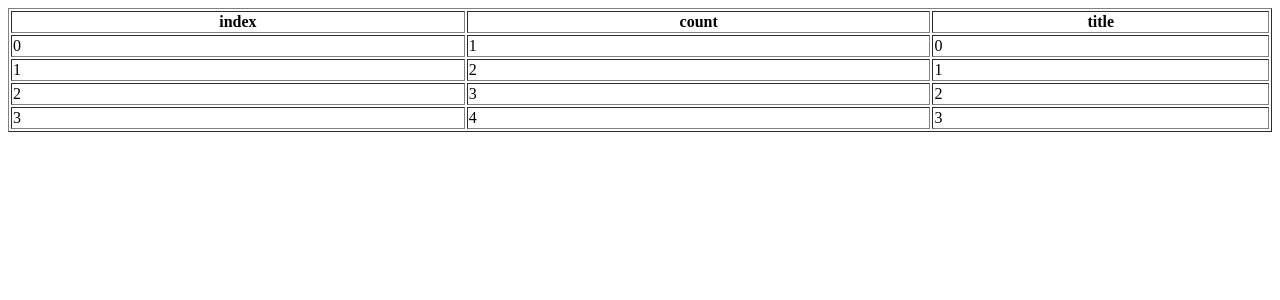
Repository: itrecipe/Web_ez
Page: http://localhost/jspCh07/15_movieList.jsp
An editor plug-in stored every save of this project. The page is shown before and after a run of saves, followed by the edit.
The browser window is 1280 px wide. The pictures show the whole page.
The page is served by Tomcat 9. Other server files are loaded and not shown.

Above is the page before, as saved 2023-04-04 02:48:40.

### jspCh07/src/main/webapp/15_movieList.jsp
<%@ page language="java" contentType="text/html; charset=UTF-8"
    pageEncoding="UTF-8"%>
<%@ taglib uri="http://java.sun.com/jsp/jstl/core" prefix="c"%>
<!DOCTYPE html>
<html lang="ko">
<head>
<meta charset="UTF-8">
<title>15_movieList.jsp</title>
</head>
<body>

<%
String[] movieList = {"타이타닉", "시네마 한국", "혹성 탈출", "킹콩"};
pageContext.setAttribute("movieList", movieList);
%>
<table border="1" style="width: 100%"; text-align: center;>
	<tr>
		<th>index</th>
		<th>count</th>
		<th>title</th>
	</tr>
	<c:forEach var="movie" items="${movieList}" varStatus="status">
		<tr>
			<td>${status.index}</td>
			<td>${status.count}</td>
			<td>${status.index}</td>

	</c:forEach>
</table>
</body>
</html>

After the next 2 saves:
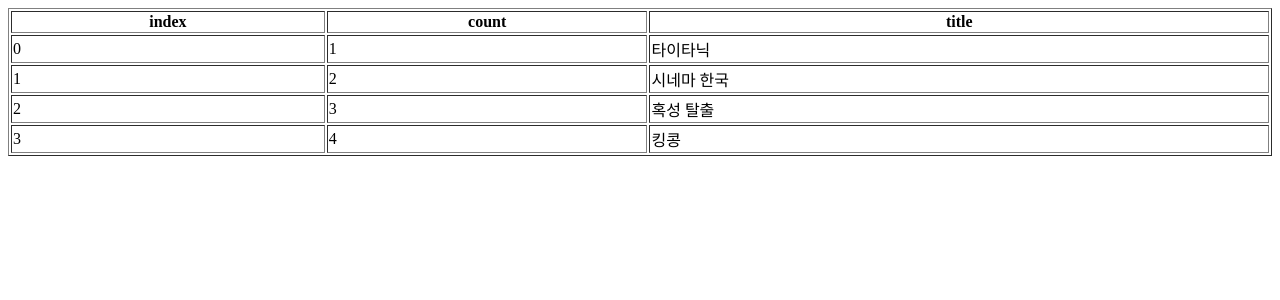
The 2 saves are shown as one change because they came seconds apart.
The last was saved 8 s later.
--- a/jspCh07/src/main/webapp/15_movieList.jsp
+++ b/jspCh07/src/main/webapp/15_movieList.jsp
@@ -23,8 +23,8 @@
 		<tr>
 			<td>${status.index}</td>
 			<td>${status.count}</td>
-			<td>${status.index}</td>
-
+			<td>${movie}</td>
+		</tr>
 	</c:forEach>
 </table>
 </body>
